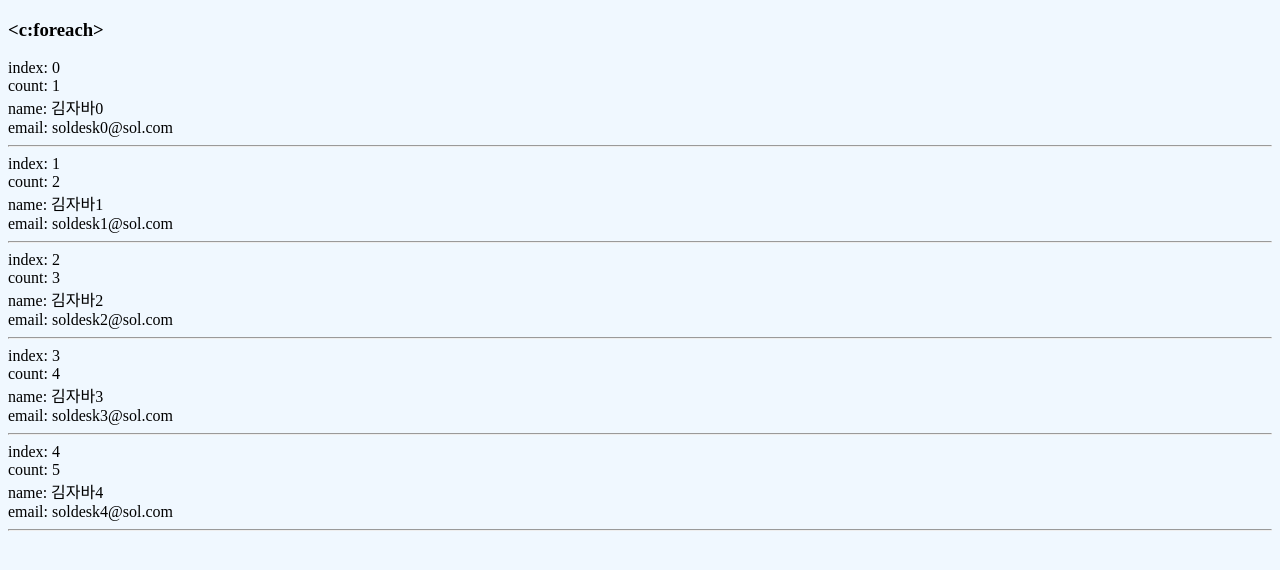
Repository: topblame/Bootcamp
Page: http://localhost/JSP_250408/chapter05/02_jstl_Foreach.jsp
An editor plug-in stored every save of this project. The page is shown before and after the next save, followed by the edit.
The browser window is 1280 px wide. The pictures show the whole page.
The page is served by Tomcat 9.

Above is the page before, as saved 2025-06-27 04:13:51.

After the next save:
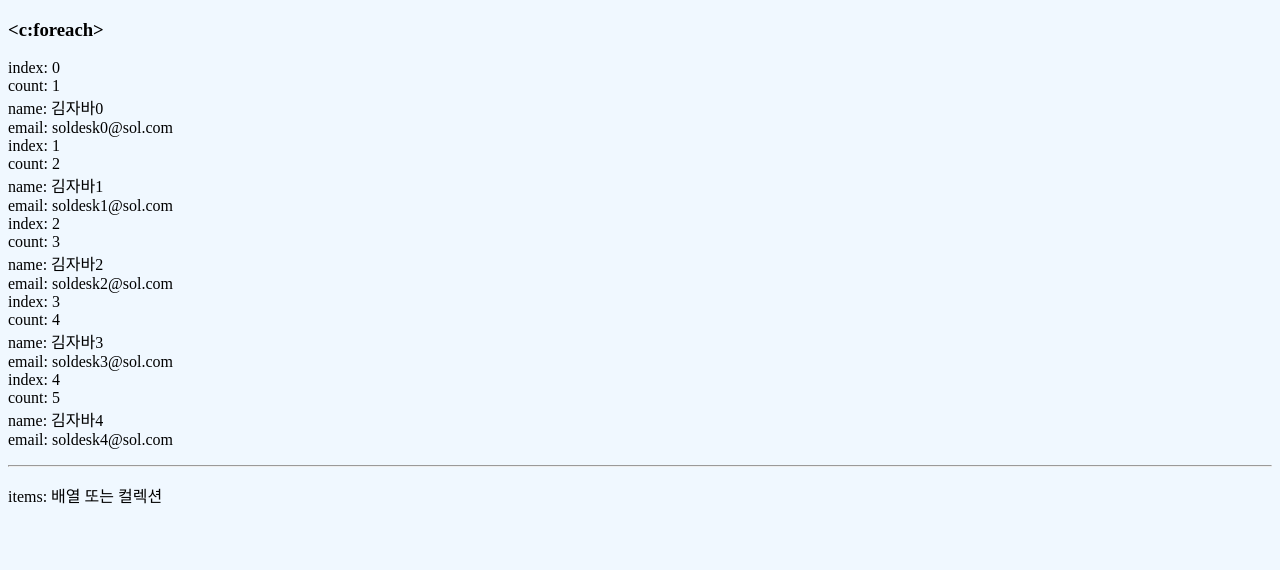
Saved 91 min 19 s later.
--- a/WebMvc/JSP_250408/src/main/webapp/chapter05/02_jstl_Foreach.jsp
+++ b/WebMvc/JSP_250408/src/main/webapp/chapter05/02_jstl_Foreach.jsp
@@ -14,7 +14,12 @@
 	count: ${status.count } <br />
 	name: ${i.name } <br>
 	email: ${i.email } <br>
-	<hr />
 </c:forEach>
+<p></p>
+<hr />
+<p></p>
+items: 배열 또는 컬렉션
+<c:forTokens items="" delims = ", ">
+</c:forTokens>
 </body>
 </html>
